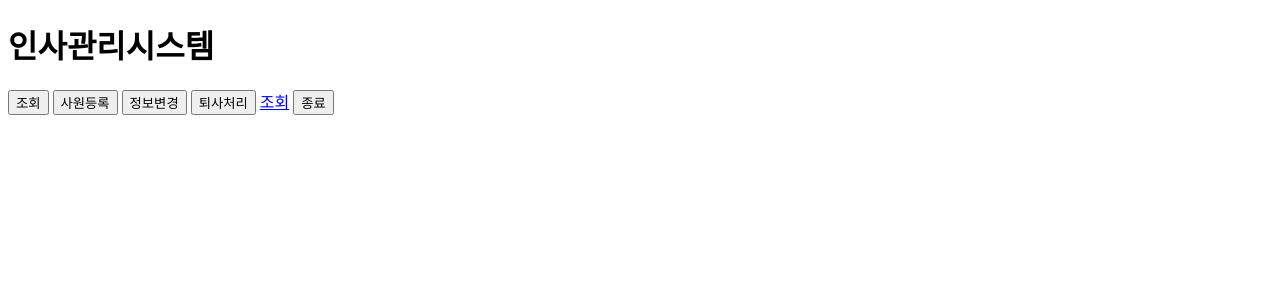
Repository: alsdud0301/jsp_study
Page: http://localhost/practice1/
The author's editor kept a copy of each file at every save. The page is drawn from the files as they stood at one save, then again after the next save.
The browser window is 1280 px wide. The pictures show the whole page.
The page is served by Tomcat 9.

Above is the page before, as saved 2025-05-21 09:15:08.

After the next save:
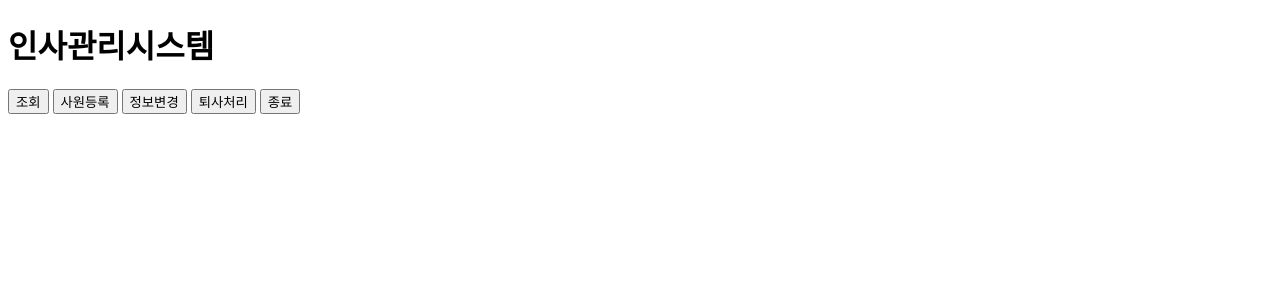
Saved 4 s later.
--- a/practice1/src/main/webapp/index.jsp
+++ b/practice1/src/main/webapp/index.jsp
@@ -12,7 +12,6 @@
 	<button class="" onclick='location.href="./reg"'>사원등록</button>
 	<button class="" onclick='location.href="./update.jsp"'>정보변경</button>
 	<button class="" onclick='location.href="./resign.jsp"'>퇴사처리</button>
-	<a href="./check">조회</a>
 	<button class="">종료</button>
 </body>
 </html>
